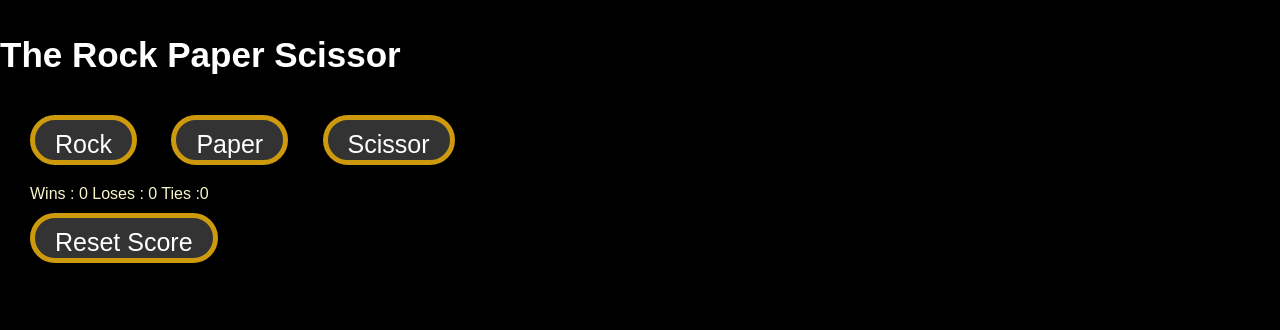
Repository: Drdregboss89/js-practical-projects
Page: index.html
The author's editor kept a copy of each file at every save. The page is drawn from the files as they stood at one save, then again after the next save.
The browser window is 1280 px wide. The pictures show the whole page.
After loading, the first visible `button` was clicked once.

Above is the page before, as saved 2023-06-23 09:42:41.
Console error (its wording comes from the project's code and is left out).

### index.html
<!-- @format -->
<!DOCTYPE html>
<html lang="ENG">
  <head>
    <title>Rock Paper Scissor</title>
    <meta name="viewport" content="width=device-width, initial-scale=1.0" />
    <link rel="stylesheet" type="text/css" href="./fontawesome.min.css" />
    <link rel="stylesheet" type="text/css" href="./all.min.css" />
    <link rel="stylesheet" type="text/css" href="./line-awesome.min.css" />
    <link rel="stylesheet" type="text/css" href="index.css" />
  </head>
  <body>
    <h1>The Rock Paper Scissor</h1>

      <button onclick="playGame('Rock');">Rock</button>
      <button onclick="playGame('Paper');">Paper</button>
      <button onclick="playGame('Scissor');">Scissor</button>
      <p class="js-result"></p>
      <p class="js-move"></p>
      <p class="js-score"></p>
      <button
        onclick="
      score.wins:0;
      score.loses:0;
      score.ties:0;
      localStorage.removeItem('score');"
      updateScore();
      >
        Reset Score
      </button>


    <script src="index.js"></script>
  </body>
</html>

### index.css
/** @format */

 .root {
  --main-color: #379237;
  --font-color: #f0ff42;
  --border-color: #001253;
  --body-color: #f6f6c9;
}
* {
  margin: 0;
  padding: 0;
  font-family: Poppins, sans-serif;
  box-sizing: border-box;
  background-color:black;

}

 h1 {

  margin-bottom: 40px;
  margin-top: 35px;
  font-size: 35px;
  font-weight: :800;
  color:white;
}
p{
  color:#f6f6c9;
  margin-left: 30px;
  margin-bottom: 10px;
  margin-top: 10px;
}

button {
  padding: 10px 20px;
  font-size: 25px;
  height:50px;
  border-radius:75px;
  border: 5px solid rgb(206, 154, 13);
  margin-left: 30px;
  margin-bottom: 10px;
  background-color: #333;
  color: #fff;
}

### index.js
/** @format */

// let today = new Date();
// let hour = "";

// if ((hour) => 6 && hour < 12) {
//   console.log("good morning");
// } else if ((hour) => 12 && hour < 5) {
//   console.log("good day");
// }
let score = JSON.parse(localStorage.getItem("score")) || {
  wins : 0,
  loses : 0,
  ties:0
};/* short cut for using the if statement for setting default value*/ ;

/*if (!score shortcut for if score === null) {
  score{
    wins = 0,
    loses = 0,
    ties=0
  }
}*/
updateScore();

function playGame(selectMove) {
  const computerMove = rock();
  let result = "";

  if (selectMove === "Paper") {
    if (computerMove === "Rock") {
      result = "you loose";
    } else if (computerMove === "Scissor") {
      result = "you Win";
    } else if (computerMove === "Paper") {
      result = "Its a Tie";
    }
  } else if (selectMove === "Rock") {
    if (computerMove === "Rock") {
      result = "Tie";
    } else if (computerMove === "Scissor") {
      result = "you win";
    } else if (computerMove === "Paper") {
      result = "You Loose";
    }
  } else if (selectMove === "Scissor") {
    if (computerMove === "Rock") {
      result = "you Loose";
    } else if (computerMove === "Scissor") {
      result = "its a Tie";
    } else if (computerMove === "Paper") {
      result = "you Win";
    }
  }

  if (result === "you Win") {
    score.wins += 1;
  } else if (result === "you Loose") {
    score.loses += 1;
  } else if (result === "its a Tie") {
    score.ties += 1;
  }

  updateScore();

  localStorage.setItem("score", JSON.stringify(`score`));

  alert(`You select ${selectMove}. computer select ${computerMove}. ${result}
  Wins : ${score.wins} Loses : ${score.loses} Ties :${score.ties}`);
}

function updateScore() {
  document.querySelector(`.js-score`)
  .innerHTML =` Wins : ${score.wins} Loses : ${score.loses} Ties :${score.ties}`;

}

function rock() {
  const randomNumber = Math.random();
  let computerMove = "";

  if (randomNumber > 0 && randomNumber < 1 / 3) {
    computerMove = "Rock";
  } else if (randomNumber > 1 / 3 && randomNumber < 2 / 3) {
    computerMove = " Scissor";
  } else if (randomNumber > 2 / 3 && randomNumber < 1) {
    computerMove = " Paper";
  }
  return computerMove;
}

Loaded but not shown: fontawesome.min.css (library); all.min.css (library); line-awesome.min.css (library)

After the next save:
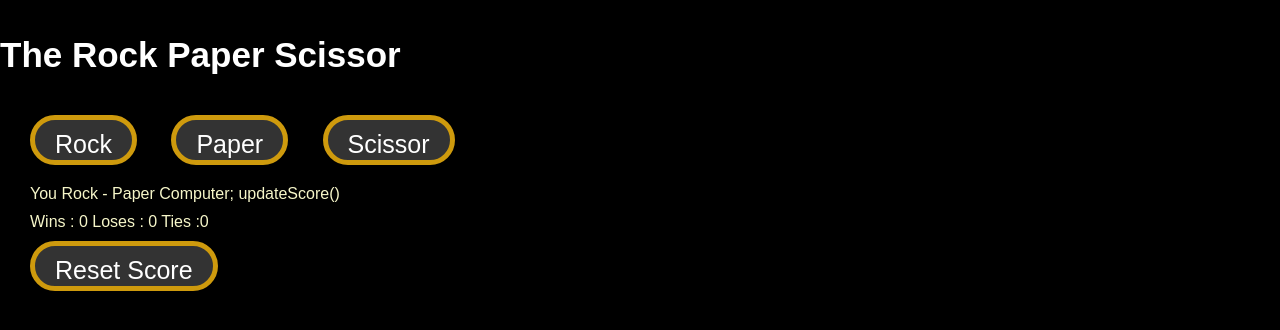
Saved 23 h 31 min later.
--- a/index.js
+++ b/index.js
@@ -21,9 +21,12 @@ let score = JSON.parse(localStorage.getItem("score")) || {
     ties=0
   }
 }*/
+
 updateScore();
 
+
 function playGame(selectMove) {
+
   const computerMove = rock();
   let result = "";
 
@@ -60,8 +63,9 @@ function playGame(selectMove) {
   } else if (result === "its a Tie") {
     score.ties += 1;
   }
-
-  updateScore();
+  document.querySelector('.js-result').innerHTML=result;
+  document.querySelector('.js-move').innerHTML=`You ${selectMove} - ${computerMove} Computer;
+  updateScore()`;
 
   localStorage.setItem("score", JSON.stringify(`score`));
 
